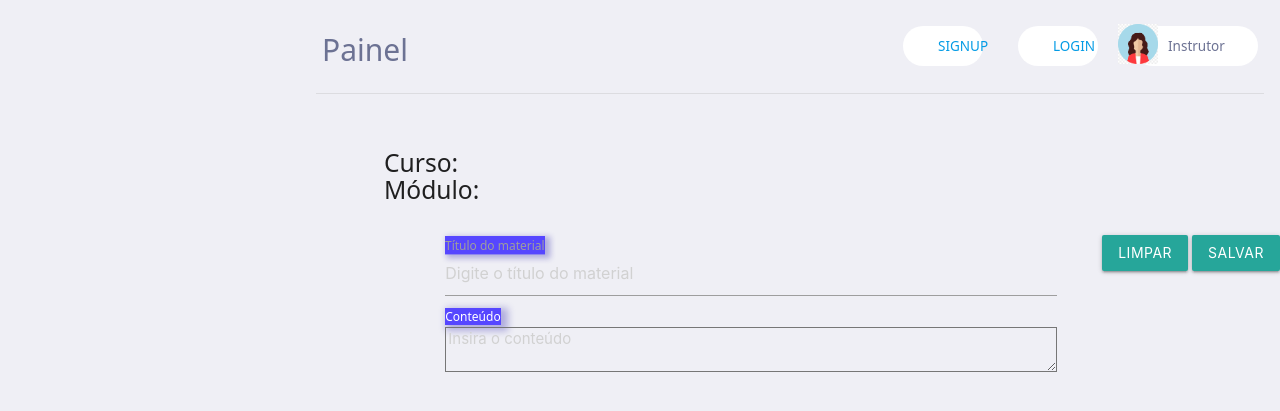
Repository: LauraMViana/Port-plus
Page: http://localhost/portPlus/criarCurso/addConteudo
An editor plug-in stored every save of this project. The page is shown before and after the next save, followed by the edit.
The browser window is 1280 px wide. The pictures show the whole page.
The page is this project's Thymeleaf template; nobody is signed in. The template is opened directly, without the code that normally fills it, so the values that code supplies are empty.

Above is the page before, as saved 2021-12-25 14:53:10.

### port/src/main/resources/templates/portPlus/criarCurso/addConteudo.html
<!DOCTYPE html >
<html xmlns:th="http://www.thymeleaf.org">
<head>
<meta charset="UTF-8">
<!-- Compiled and minified CSS -->
<link rel="stylesheet"
	href="https://cdnjs.cloudflare.com/ajax/libs/materialize/1.0.0/css/materialize.min.css">
<link href="https://fonts.googleapis.com/icon?family=Material+Icons"
	rel="stylesheet">
<link rel="stylesheet" href="/Style.css">
<title>PortPlus</title>
</head>
<body>
	<div th:insert="~{menu :: menu}"></div>

	<div class="container right addConteudo">
		<h5>
			Curso: <span th:text="${curso.titulo}"></span> <br>Módulo: <span
				th:text="${modulo.tituloMod}"></span>
		</h5>
		<br>
		<form
			th:action="@{/portPlus/criarCurso/{idC}/{idMod} (idC=${curso.id},idMod=${modulo.id})}"
			method="post">
			<div class="input-field col s9">
				<label for="tituloM" class="active">Título do material</label><input
					placeholder="Digite o título do material" id="tituloM" type="text"
					pattern="[a-zA-Z0-9_?!&%$()-]+" class="validate"
					th:field="${material.tituloMat}">
				<div>
					<label for="mc" class="active">Conteúdo</label>
					<textarea placeholder="Insira o conteúdo" id="mc" class="validate"
						th:field="${material.conteudo}"></textarea>
				</div>
			</div>
			<div class="right-align">
				<button class="btn waves-effect waves-light align-center"
					type="reset" name="action">Limpar</button>
				<button class="btn waves-effect waves-light align-center"
					type="submit" name="action">Salvar</button>
			</div>
		</form>
	</div>
</body>
</html>

### port/src/main/resources/templates/menu.html
<!DOCTYPE html >
<html xmlns:th="http://www.thymeleaf.org">
<head>
<meta charset="UTF-8">
<link rel="stylesheet" href="/Style.css" type="text/css" />
<link rel="stylesheet"
	href="https://cdnjs.cloudflare.com/ajax/libs/font-awesome/4.7.0/css/font-awesome.min.css">
<title>Port+</title>
</head>
<body>
	<div th:fragment="menu">
		<div id="mySidenav" class="sidenav">
			<p class="logo">
				Port+ <span class="menu">&#9776;</span>
			</p>
			<p class="logo1">
				<span class="menu1">&#9776;</span>
			</p>
			<a href="/" class="icon-a"> <i class="fa fa-dashboard icons"></i>
				&nbsp;&nbsp;Painel
			</a> <a href="/" class="icon-a"><i class="fa fa-list icons"></i>
				&nbsp;&nbsp;Menu</a> <a href="#" class="icon-a"><i
				class="fa fa-user icons"></i> &nbsp;&nbsp;Perfil</a> <a
				href="/portPlus/meusCursos" class="icon-a"><i
				class="fa fa-list-alt icons"></i> &nbsp;&nbsp;Submeter curso</a> <a
				href="/portPlus/criarCurso" class="icon-a"><i
				class="fa fa-edit icons"></i> &nbsp;&nbsp;Criar Curso</a>
		</div>

		<div id="main">
			<div class="head">
				<div class="col-div-6">
					<p class="nav">Painel</p>
				</div>
				<div class="col-div-6">
					<div class="profile">
						<img src="/Imagens/usuario.png" class="pro-img" />
						<p>
							Instrutor <i class="fa fa-ellipsis-v dots" aria-hidden="true"></i>
						</p>
						<div class="profile-div">
							<p>
								<a href="#" class="icon-a"><i class="fa fa-user"></i>
									&nbsp;&nbsp;Perfil
							</p>
							</a>
							<p>
								<i class="fa fa-cogs"></i> &nbsp;&nbsp;Configurações
							</p>
							<p>
								<i class="fa fa-power-off"></i> &nbsp;&nbsp;Sair
							</p>
						</div>
					</div>
					<div class="login">
						<p>
							<a href="/portPlus/login">LOGIN</a>
						</p>
						<p>
							<a href="/portPlus/signup">SIGNUP</a>
						</p>
					</div>
				</div>
				<div class="clearfix"></div>
			</div>
			<div class="clearfix"></div>
			<br />
		</div>
	</div>
	<script
		src="https://ajax.googleapis.com/ajax/libs/jquery/3.5.1/jquery.min.js"></script>
	<script>
		$(".menu").click(function() {
			$("#mySidenav").css('width', '70px');
			$("#main").css('margin-left', '70px');
			$(".logo").css('display', 'none');
			$(".logo1").css('display', 'block');
			$(".logo span").css('visibility', 'visible');
			$(".logo span").css('margin-left', '-10px');
			$(".icon-a").css('visibility', 'hidden');
			$(".icon-a").css('height', '25px');
			$(".icons").css('visibility', 'visible');
			$(".icons").css('margin-left', '-8px');
			$(".menu1").css('display', 'block');
			$(".menu").css('display', 'none');
		});

		$(".menu1").click(function() {
			$("#mySidenav").css('width', '300px');
			$("#main").css('margin-left', '300px');
			$(".logo").css('visibility', 'visible');
			$(".logo").css('display', 'block');
			$(".icon-a").css('visibility', 'visible');
			$(".icons").css('visibility', 'visible');
			$(".menu").css('display', 'block');
			$(".menu1").css('display', 'none');
		});
	</script>
	<script>
		$(document).ready(function() {
			$(".profile p").click(function() {
				$(".profile-div").toggle();

			});

			/* $(".noti-icon").click(function() {
					$(".notification-div").toggle();
				}); */

		});
	</script>
</body>
</html>

### port/src/main/resources/static/Style.css
/* Laura */
body {
	margin: 0px;
	padding: 0px;
	background-color: #efeff5;
	font-family: system-ui;
}

.clearfix {
	clear: both;
}

.logo {
	margin: 0px;
	margin-left: 28px;
	font-weight: bold;
	color: white;
	margin-bottom: 30px;
}

.sidenav {
	height: 100%;
	width: 300px;
	position: fixed;
	z-index: 1;
	top: 0;
	left: 0;
	background-color: #5643ff;
	overflow: hidden;
	padding-top: 30px;
	transition: ease-in-out 0.3s;
}

.menu {
	float: right;
	margin-right: 20px;
	cursor: pointer;
}

.logo1 {
	margin: 0px;
	margin-left: 20px;
	font-weight: bold;
	color: white;
	margin-bottom: 50px;
	display: none;
	cursor: pointer;
}

.menu1 {
	float: left;
	display: none;
}

.sidenav a {
	padding: 15px 8px 15px 32px;
	text-decoration: none;
	font-size: 20px;
	color: #d8d8d8;
	display: block;
}

.sidenav a:hover {
	color: #f1f1f1;
	background-color: #2c1ed6;
}

.sidenav {
	top: 0;
	right: 25px;
	font-size: 30px;
}

#main {
	padding: 16px;
	margin-left: 300px;
}

.head {
	padding: 0px 6px;
	border-bottom: 1px solid #d6d6d8b8;
	padding-bottom: 10px;
}

.col-div-6 {
	width: 50%;
	float: left;
}

.login p {
	color: #6c7293;
	font-weight: 500;
	margin-left: 35px;
	margin-top: 10px;
	font-size: 13.5px;
	background-color: white;
	padding: 10px;
	border-radius: 25px;
	padding-left: 35px;
	width: 80px;
	float: right;
	cursor: pointer;
}

.profile {
	display: inline-block;
	float: right;
	width: 160px;
}

.pro-img {
	float: left;
	width: 40px;
	margin-top: 8px;
	margin-left: 20px;
}

.profile p {
	color: #6c7293;
	font-weight: 500;
	margin-left: 35px;
	margin-top: 10px;
	font-size: 13.5px;
	background-color: white;
	padding: 10px;
	border-radius: 25px;
	padding-left: 35px;
	cursor: pointer;
}

.dots {
	margin-left: 10px;
}

.profile-div {
	background-color: white;
	width: 160px;
	border: 1px solid #ddd;
	padding: 10px 0px;
	right: 2%;
	border-radius: 5px;
	position: absolute;
	z-index: 9;
	display: none;
}

.profile-div:after {
	content: '';
	position: absolute;
	height: 10px;
	width: 10px;
	background-color: white;
	top: -6px;
	border-left: 1px solid #ddd;
	border-top: 1px solid #ddd;
	transform: rotate(45deg);
	right: 10%;
}

.profile-div p {
	margin: 0px;
	padding: 10px 20px;
}

.profile-div p:hover {
	margin: 0px;
	padding: 10px 20px;
	background-color: #5643ff;
	border-radius: 0px;
	color: white;
}

.notification-div {
	background-color: white;
	width: 240px;
	border: 1px solid #ddd;
	padding: 10px 0px;
	right: 16%;
	border-radius: 5px;
	top: 12%;
	position: absolute;
	z-index: 9;
	display: none;
}

.notification-div:after {
	content: '';
	position: absolute;
	height: 10px;
	width: 10px;
	background-color: white;
	top: -6px;
	border-left: 1px solid #ddd;
	border-top: 1px solid #ddd;
	transform: rotate(45deg);
	right: 10%;
}

.noti-head {
	display: block;
	margin: 0px;
	color: #6c7293;
}

.noti-head:hover {
	background-color: white !important;
	color: #6c7293 !important;
}

.noti-head span {
	position: absolute;
	right: 8%;
	top: 10%;
	background-color: #5643ff;
	padding: 1px 5px;
	color: white;
	border-radius: 20px;
}

.hr {
	margin: 0px;
	border: none;
	background-color: #ddd;
	height: 1px;
}

.notification-div p {
	margin: 0px;
	padding: 10px 20px;
	color: #6c7293;
}

.notification-div p span {
	font-size: 11px;
	display: block;
}

.notification-div p:hover {
	margin: 0px;
	padding: 10px 20px;
	background-color: #5643ff;
	border-radius: 0px;
	color: white;
}

.search-icon {
	position: absolute;
	right: 22%;
	top: 25px;
	background-color: white;
	padding: 13px;
	border-radius: 21px;
	color: #6c7293;
	cursor: pointer;
}

.noti-icon {
	position: absolute;
	right: 17%;
	top: 25px;
	background-color: #5643ff;
	padding: 13px;
	border-radius: 21px;
	color: #fff;
	cursor: pointer;
}

.noti-icon:after {
	content: '';
	height: 5px;
	width: 5px;
	border-radius: 5px;
	top: 5px;
	left: 20px;
	position: absolute;
	background-color: red;
}

.col-div-4-1 {
	width: 33.3%;
	float: left;
}

.box {
	width: 88%;
	height: 480px;
	background-color: #ffffff;
	margin-left: 10px;
	padding: 10px;
	box-shadow: 2px 5px 10px #ddd;
	position: relative;
}

.box p {
	color: #6c7293;
	font-weight: 500;
	padding-left: 10px;
}

.number {
	font-size: 35px;
	margin-bottom: 0px;
	margin-top: 20px;
}

.percent {
	margin: 0px;
	font-size: 14px;
	color: #37bf37 !important;
}

.percent span {
	font-size: 12px;
	color: #9398b1;
	padding-left: 3px;
}

.head-1 {
	font-size: 18px !important;
	margin: 10px 0px;
	color: #6c7293;
}

.head-1 span {
	float: right;
	background-color: #5643ff;
	color: white;
	padding: 3px 10px;
	font-size: 15px;
}

.box-icon {
	font-size: 20px !important;
	margin-top: 35px !important;
	color: #5643ff;
	padding-right: 10px;
	background-color: #efeff5;
	padding: 15px;
	border-radius: 25px;
	position: absolute;
	right: 16px;
	top: -18px;
}

.box-1 {
	width: 88%;
	height: 282px;
	background-color: #ffffff;
	margin-left: 10px;
	padding: 10px;
	box-shadow: 2px 5px 10px #ddd;
	position: relative;
}

.m-box {
	color: #6c7293;
	position: relative;
	padding: 0px 12px;
}

.active {
	background-color: #5646ff;
	color: white;
	box-shadow: 4px 3px 7px 3px #3226ad54;
}

.active .no-1 {
	color: #ddd !important;
}

.m-box p {
	display: inline-block;
	margin: 10px 0px;
}

.no {
	position: absolute !important;
	top: 21px;
	right: 15px;
	font-weight: 500;
}

.no-1 {
	font-size: 12px;
	color: #9398b1;
}

.act-p {
	font-size: 13px;
	color: #6c7293;
}

.act-p .fa {
	color: orange !important;
}

.content-box-1 {
	padding: 0px 10px;
}

.col-div-12 {
	width: 100%;
}

.col-div-4 {
	width: 30%;
	float: left;
}

.content-box {
	padding: 20px;
}

.content-box p {
	margin: 0px;
	font-size: 20px;
	color: #6c7293;
}

.content-box p span {
	float: right;
	background-color: #5643ff;
	color: white;
	padding: 3px 10px;
	font-size: 15px;
}

.box-8 {
	width: 97.8%;
	background-color: #fff;
	height: 330px;
}

.nav {
	font-size: 30px;
	cursor: pointer;
	color: #6c7293;
	margin: 11px 0px;
}

.box-8 {
	margin-left: 10px;
}

td, th {
	border: 1px solid #dddddd;
	text-align: left;
	padding: 10px;
}

tr:nth-child(even) {
	background-color: #5643ff29;
	color: #6c7293 !important;
}

.circle-wrap {
	margin: 50px auto;
	width: 150px;
	height: 150px;
	background: #e6e2e7;
	border-radius: 50%;
}

.circle-wrap .circle .mask, .circle-wrap .circle .fill {
	width: 150px;
	height: 150px;
	position: absolute;
	border-radius: 50%;
}

.circle-wrap .circle .mask {
	clip: rect(0px, 150px, 150px, 75px);
}

.circle-wrap .circle .mask .fill {
	clip: rect(0px, 75px, 150px, 0px);
	background-color: #5646ff;
}

.circle-wrap .circle .mask.full, .circle-wrap .circle .fill {
	animation: fill ease-in-out 3s;
	transform: rotate(126deg);
}

@
keyframes fill { 0% {
	transform: rotate(0deg);
}

100










%
{
transform










:










rotate








(










126deg










)








;
}
}
.circle-wrap .inside-circle {
	width: 130px;
	height: 130px;
	border-radius: 50%;
	background: #fff;
	line-height: 130px;
	text-align: center;
	margin-top: 10px;
	margin-left: 10px;
	position: absolute;
	z-index: 100;
	font-weight: 700;
	font-size: 2em;
	color: #6c7293;
}

/* Thais */
h1 {
	font-weight: 400;
	font-family: Century Gothic, Arial, Helvetica, sans-serif;
	color: #6c7293;
	font-size: calc(1.044375rem + 1.7325vw);
}

h4, h6 {
	font-weight: 100;
	font-family: Century Gothic, Arial, Helvetica, sans-serif;
	color: #6c7293;
	font-size: 30px;
	margin: 0px;
}

a {
	text-decoration: none;
}

#btn {
	text-align: right;
}

/*Apresente material  */
.mod-title {
	font-size: 30px;
	color: #d8d8d8;
}

/* Index  */
.box-mod {
	width: 88%;
	height: 30px;
	background-color: #dfdfdf;
	margin-left: 10px;
	padding: 10px;
	position: relative;
	margin-left: 10px;
	padding: 10px;
	border-top: 1px solid #d7dfe3;
	margin-left: 10px;
	margin-bottom: 15px;
}

.box-mod p {
	color: #6c7293;
	font-weight: 500;
	margin: 0px;
	padding: 10px;
	width: 105px;
	margin-left: 90px;
}
/* blocos de curso ou modulos  */
.col-div-4-2 {
	width: 25%;
	float: left;
}

.card.small .card-image+.card-content, .card.medium .card-image+.card-content,
	.card.large .card-image+.card-content {
	max-height: 40%;
}

.card.small .card-content, .card.medium .card-content, .card.large .card-content
	{
	max-height: 100%;
	overflow: hidden;
}

.card .card-content {
	padding: 24px;
	border-radius: 0 0 2px 2px;
}

.card .card-image img {
	display: block;
	border-radius: 2px 2px 0 0;
	position: relative;
	left: 0;
	right: 0;
	top: 0;
	bottom: 0;
	width: 100%;
}

img {
	border-style: none;
}

.card.small .card-image, .card.medium .card-image, .card.large .card-image
	{
	max-height: 60%;
	overflow: hidden;
}

.card .card-image {
	position: relative;
}

.card.small {
	height: 300px;
}

.card.small, .card.medium, .card.large {
	position: relative;
}

.card {
	margin-left: 10px;
	box-shadow: 2px 5px 10px #ddd;
	position: relative;
	height: 250px;
	background-color: #fff;
	-webkit-transition: -webkit-box-shadow .25s;
	transition: -webkit-box-shadow .25s;
	transition: box-shadow .25s;
	transition: box-shadow .25s, -webkit-box-shadow .25s;
	border-radius: 2px;
}

.card {
	position: relative;
	margin: 0.5rem 0 1rem 0;
	background-color: #fff;
	-webkit-transition: -webkit-box-shadow .25s;
	transition: -webkit-box-shadow .25s;
	transition: box-shadow .25s;
	transition: box-shadow .25s, -webkit-box-shadow .25s;
	border-radius: 2px;
}

.image {
	display: block;
	position: relative;
	left: 0;
	right: 0;
	top: 0;
	bottom: 0;
	width: 100%;
	max-height: 70%;
	overflow: hidden;
	max-height: 70%;
	right: 0;
	top: 0;
	bottom: 0;
}

.card {
	margin-left: 10px;
	box-shadow: 2px 5px 10px #ddd;
	position: relative;
	height: 250px;
	background-color: #fff;
	-webkit-transition: -webkit-box-shadow .25s;
	transition: -webkit-box-shadow .25s;
	transition: box-shadow .25s;
	transition: box-shadow .25s, -webkit-box-shadow .25s;
	border-radius: 2px;
}

.card-title-mod {
	display: block;
	line-height: 32px;
	margin-bottom: 8px;
	font-size: 24px;
	font-weight: 300;
}
/* descriçao do curso  */
.mod-d {
	font-size: 18px !important;
	margin: 10px 0px;
	color: #6c7293;
	text-align: justify;
}

/* Pag apresentação Material */
aside {
	width: 260px;
	float: right;
	margin-right: 20px;
	border: 1px solid black;
}

.conteudo {
	padding-left: 15px;
	width: 700px;
	float: left;
	height: 415px;
	text-align: justify;
}

.card.lista {
	background-color: #5643ff;
	width: 259.5px;
	height: 50px;
	text-align: center;
	padding: 5px 0px 5px 0px;
	margin: 0px;
}

.lista li {
	padding: 15px 8px 15px 32px;
	text-decoration: none;
	font-size: 20px;
	color: #d8d8d8;
	display: block;
	text-align: justify;
}

.lista li:hover {
	color: #f1f1f1;
	background-color: #5643ff;
}

.lista a:hover {
	color: #f1f1f1;
	background-color: #5643ff;
}

ul {
	padding: 0px;
	margin: 0px;
	list-style-type: none;
}

textarea.materialize-textarea.texto {
	height: 12rem;
}

input:not([type]), input[type="text"]:not(.browser-default), input[type="url"]:not(.browser-default),
	input[type="number"]:not(.browser-default), textarea.materialize-textarea
	{
	background-color: transparent;
	border-top-width: initial;
	border-right-width: initial;
	border-left-width: initial;
	border-top-color: initial;
	border-right-color: initial;
	border-left-color: initial;
	height: 3rem;
	width: 100%;
	font-size: 16px;
	box-shadow: none;
	box-sizing: content-box;
	border-style: none none solid;
	border-image: initial;
	border-bottom: 1px solid rgb(158, 158, 158);
	border-radius: 0px;
	outline: none;
	margin: 0px 0px 8px;
	padding: 0px;
	transition: box-shadow 0.3s ease 0s, border 0.3s ease 0s,
		-webkit-box-shadow 0.3s ease 0s;
}

form {
	padding-left: 50px;
}

.dados-do-curso, .listarCriarMod {
	padding-left: 50px;
}

.s2 {
	width: 20%;
	display: inline;
}

.col.s3 {
	width: 25%;
	margin-left: auto;
	left: auto;
	right: auto;
}

.col.s4 {
	width: 33.3333333333%;
	margin-left: auto;
	left: auto;
	right: auto;
}

.col.s5 {
	width: 41.6666666667%;
	margin-left: auto;
	left: auto;
	right: auto;
}

.col.s6 {
	width: 50%;
	margin-left: auto;
	left: auto;
	right: auto;
}

.col.s9 {
	width: 75%;
	margin-left: auto;
	left: auto;
	right: auto;
}

.col.s12 {
	width: 100%;
	margin-left: auto;
	left: auto;
	right: auto;
}

.col.s12.cont {
	padding-bottom: 20px;
}

.col {
	float: left;
	-webkit-box-sizing: border-box;
	box-sizing: border-box;
	padding: 0 0.75rem;
	min-height: 1px;
}

.s10 {
	width: 80%;
	margin-left: auto;
	left: auto;
	right: auto;
}

.btn {
	text-decoration: none;
	color: #fff;
	background-color: #26a69a;
	text-align: center;
	letter-spacing: .5px;
	-webkit-transition: background-color .2s ease-out;
	transition: background-color .2s ease-out;
	cursor: pointer;
	border: none;
	border-radius: 2px;
	display: inline-block;
	height: 36px;
	line-height: 36px;
	padding: 0 16px;
	text-transform: uppercase;
	font-size: 14px;
	outline: 0;
	font-size: 14px;
}

.waves-effect {
	position: relative;
	cursor: pointer;
	display: inline-block;
	overflow: hidden;
	-webkit-user-select: none;
	-moz-user-select: none;
	-ms-user-select: none;
	user-select: none;
	-webkit-tap-highlight-color: transparent;
	vertical-align: middle;
	z-index: 1;
	-webkit-transition: .3s ease-out;
	transition: .3s ease-out;
}

.modal.modal-fixed-footer {
	padding: 0;
	height: 70%;
}

.modal {
	display: none;
	position: fixed;
	left: 0;
	right: 0;
	background-color: #fafafa;
	padding: 0;
	max-height: 70%;
	width: 55%;
	margin: auto;
	overflow-y: auto;
	border-radius: 2px;
	will-change: top, opacity;
}

.modal.modal-fixed-footer {
	padding: 0;
	height: 70%;
}

.modal {
	display: none;
	position: fixed;
	left: 0;
	right: 0;
	background-color: #fafafa;
	padding: 0;
	max-height: 70%;
	width: 55%;
	margin: auto;
	overflow-y: auto;
	border-radius: 2px;
	will-change: top, opacity;
}

.z-depth-5, .modal {
	-webkit-box-shadow: 0 24px 38px 3px rgb(0 0 0/ 14%), 0 9px 46px 8px
		rgb(0 0 0/ 12%), 0 11px 15px -7px rgb(0 0 0/ 20%);
	box-shadow: 0 24px 38px 3px rgb(0 0 0/ 14%), 0 9px 46px 8px
		rgb(0 0 0/ 12%), 0 11px 15px -7px rgb(0 0 0/ 20%);
}

.collapsible {
	border-top: 1px solid #ddd;
	border-right: 1px solid #ddd;
	border-left: 1px solid #ddd;
	margin: 0.5rem 0 1rem 0;
}

.collapsible-header {
	display: -webkit-box;
	display: -webkit-flex;
	display: -ms-flexbox;
	display: flex;
	-webkit-tap-highlight-color: transparent;
	line-height: 1.5;
	padding: 1rem;
	background-color: #fff;
	border-bottom: 1px solid #ddd;
	display: -webkit-box;
	display: -webkit-flex;
	display: -ms-flexbox;
	display: flex;
	cursor: pointer;
	-webkit-tap-highlight-color: transparent;
	line-height: 1.5;
	padding: 1rem;
	background-color: #fff;
	border-bottom: 1px solid #ddd;
}

.optCont {
	display: inline-block;
	float: right;
	width: 160px;
}

.optCont a {
	cursor: pointer;
}

.opt {
	background-color: white;
	width: 100px;
	border: 1px solid #ddd;
	padding: 10px 0px;
	right: 10%;
	border-radius: 5px;
	position: absolute;
	z-index: 9;
	display: none;
}

.opt p {
	margin: 0px;
	padding: 10px 20px;
}

.opt p:hover {
	margin: 0px;
	padding: 10px 20px;
	background-color: #5643ff;
	border-radius: 0px;
	color: white;
}

.modal.modal-fixed-footer {
	height: 40%;
	width: 40%;
}

.modal .modal-content {
	padding: 65px 24px 24px 75px;
}

After the next save:
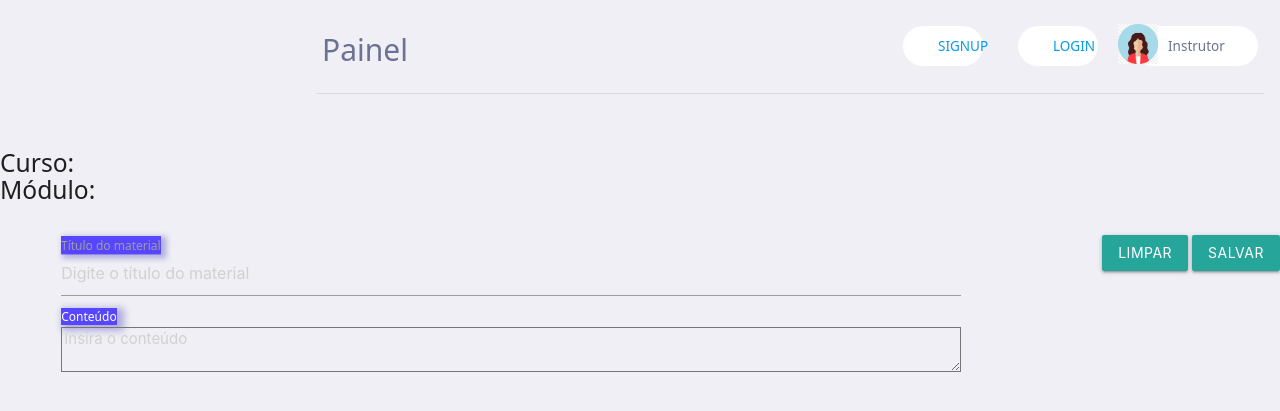
Saved 4 min 55 s later.
--- a/port/src/main/resources/templates/portPlus/criarCurso/addConteudo.html
+++ b/port/src/main/resources/templates/portPlus/criarCurso/addConteudo.html
@@ -13,7 +13,7 @@
 <body>
 	<div th:insert="~{menu :: menu}"></div>
 
-	<div class="container right addConteudo">
+	<div class="main addConteudo">
 		<h5>
 			Curso: <span th:text="${curso.titulo}"></span> <br>Módulo: <span
 				th:text="${modulo.tituloMod}"></span>
